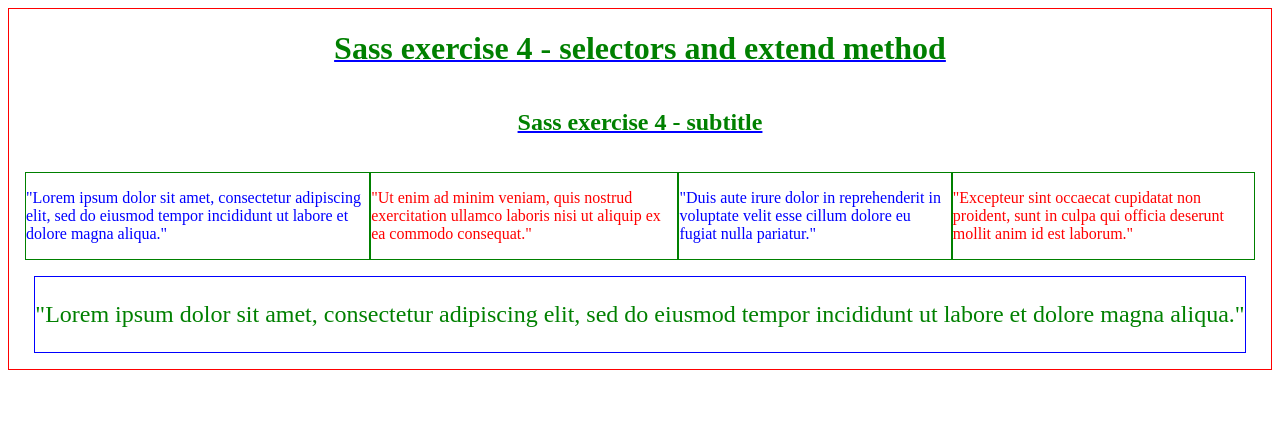
Repository: tr2cky/sass4
Page: index.html
The author's editor kept a copy of each file at every save. The page is drawn from the files as they stood at one save, then again after a run of saves.
The browser window is 1280 px wide. The pictures show the whole page.
The style sheet was rebuilt from its Sass, Less or Tailwind sources for each picture, by a compiler version that may differ from the author's.

Above is the page before, as saved 2022-10-16 10:40:37.

### index.html
<!DOCTYPE html>
<html>
    <head>
        <title>Sass exercise 4 - selectors and extend method</title>
        <link rel="stylesheet" href="./style.css">
    </head>
    <body>
        <div class="exercise">
            <h1>Sass exercise 4 - selectors and extend method</h1>
            <h2>Sass exercise 4 - subtitle</h2>
            <section>
                <article>
                    <p>"Lorem ipsum dolor sit amet, consectetur adipiscing elit, sed do eiusmod tempor incididunt ut labore et dolore magna aliqua."</p>
                </article>
                <article>
                    <p>"Ut enim ad minim veniam, quis nostrud exercitation ullamco laboris nisi ut aliquip ex ea commodo consequat."</p>
                </article>
                <article>
                    <p>"Duis aute irure dolor in reprehenderit in voluptate velit esse cillum dolore eu fugiat nulla pariatur."</p>
                </article>
                <article>
                    <p>"Excepteur sint occaecat cupidatat non proident, sunt in culpa qui officia deserunt mollit anim id est laborum."</p>
                </article>
            </section>
            <section>
                <article>
                    <p>"Lorem ipsum dolor sit amet, consectetur adipiscing elit, sed do eiusmod tempor incididunt ut labore et dolore magna aliqua."</p>
                </article>
            </section>
        </div>
    </body>
</html>

### style.scss
@use "module1.scss";
@use "module2.scss";
@import "module3.scss";

### module1.scss
$color-primary: red;
$color-secondary: blue;
$color-tertiary: green;

@import "module3.scss";
.exercise {
    display: grid;
    grid-template-columns: repeat(4, 1fr);
    border: toRem(1) solid $color-primary;
    h1 {
        color: $color-tertiary;
        grid-column: 1/ span 4;
        justify-self: center;
        text-decoration: underline $color-secondary toRem(2);
    }
    h2 {
        @extend h1;
        padding: toRem;
    }
    section {
        grid-column: 1 / 5;
        display: flex;
        margin: toRem(16);
    }
}

### module3.scss
@function toRem($value) {
    $remValue: ($value / 16) + rem;
    @return $remValue;
}

### module2.scss
@use "module1.scss";
@import "module3.scss";
$color-primary: module1.$color-primary;
$color-secondary: module1.$color-secondary;
$color-tertiary: module1.$color-tertiary;
@mixin article-card ($color, $border-color: $color-tertiary, $font-size: toRem(16)) {
    color: $color;
    border: toRem(1) solid;
    border-color: $border-color;
    font-size: $font-size;
}
section:nth-of-type(1) {
    article:nth-of-type(odd){
    @include article-card($color-secondary);
    }
    article:nth-of-type(even){
    @include article-card($color-primary);
}
}
section:nth-of-type(2) {
    article {
        @include article-card($color-tertiary, $color-secondary, toRem(24));
    }
    margin-top: toRem(0);
    place-self: center;
}

After the next 2 saves:
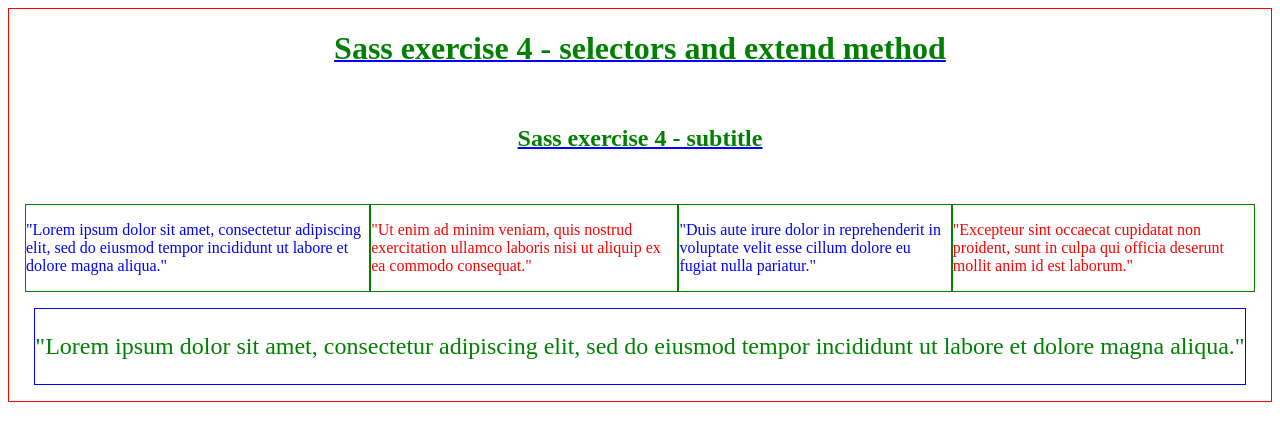
The 2 saves are shown as one change because they came seconds apart.
The last was saved 6 s later.
--- a/module1.scss
+++ b/module1.scss
@@ -15,7 +15,7 @@ $color-tertiary: green;
     }
     h2 {
         @extend h1;
-        padding: toRem;
+        padding: toRem(16);
     }
     section {
         grid-column: 1 / 5;
